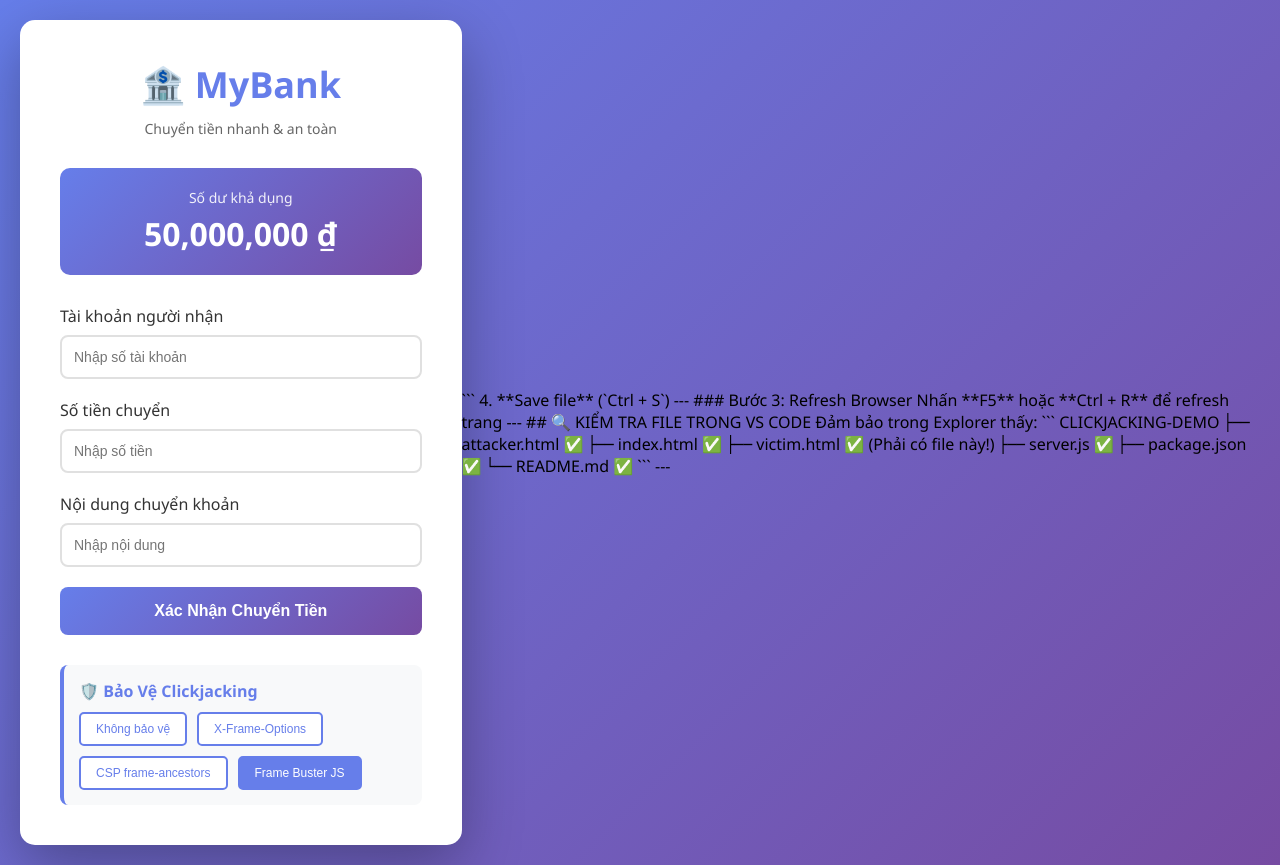
Repository: Thu-art/clickjacking
Page: victim.html
The author's editor kept a copy of each file at every save. The page is drawn from the files as they stood at one save, then again after the next save.
The browser window is 1280 px wide. The pictures show the whole page.

Above is the page before, as saved 2025-11-04 15:47:34.

After the next save:
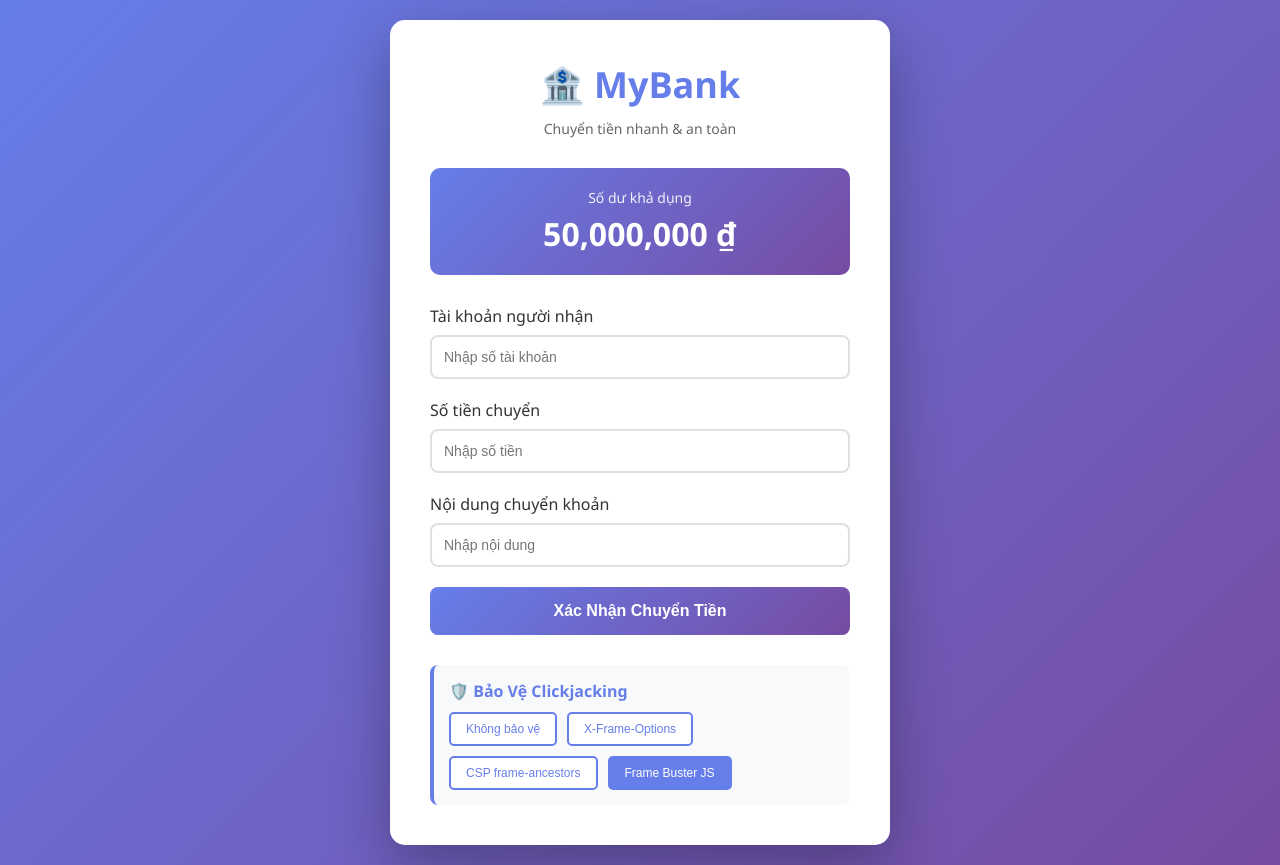
Saved 3 min 16 s later.
--- a/victim.html
+++ b/victim.html
@@ -308,29 +308,3 @@
     </script>
 </body>
 </html>
-```
-
-4. **Save file** (`Ctrl + S`)
-
----
-
-### Bước 3: Refresh Browser
-
-Nhấn **F5** hoặc **Ctrl + R** để refresh trang
-
----
-
-## 🔍 KIỂM TRA FILE TRONG VS CODE
-
-Đảm bảo trong Explorer thấy:
-```
-CLICKJACKING-DEMO
-├── attacker.html    ✅
-├── index.html       ✅
-├── victim.html      ✅ (Phải có file này!)
-├── server.js        ✅
-├── package.json     ✅
-└── README.md        ✅
-```
-
----
